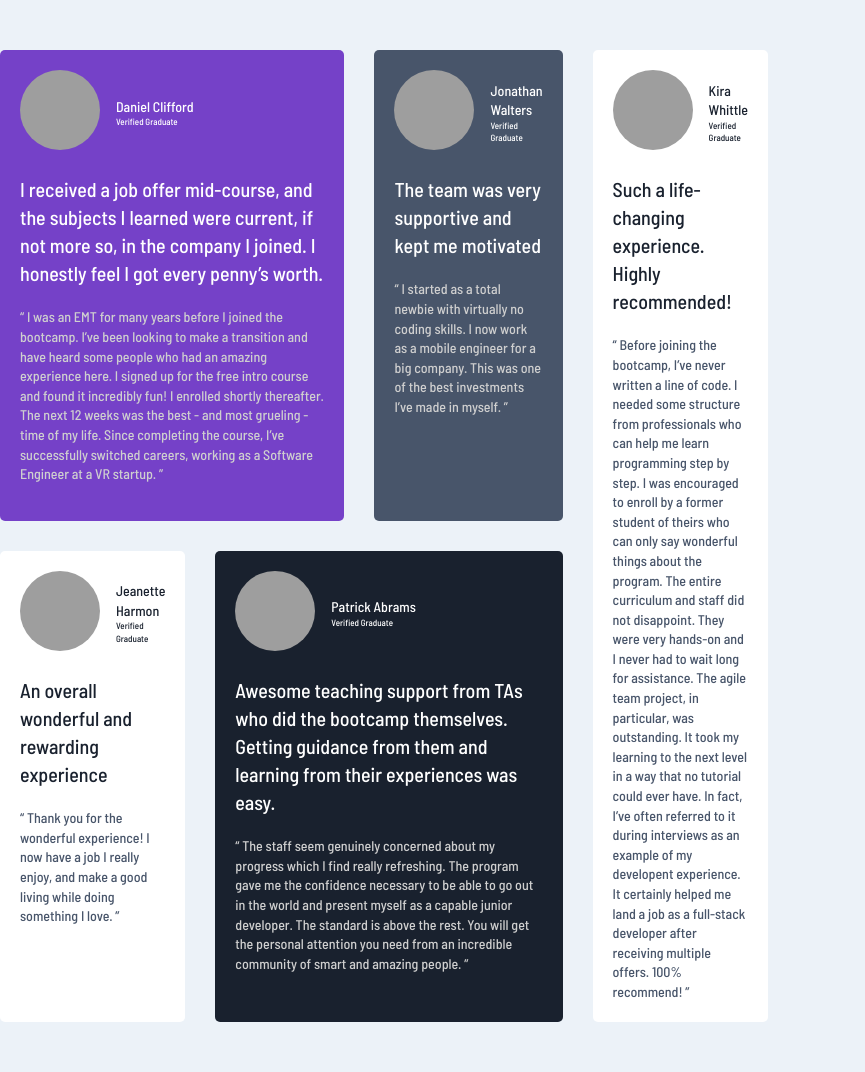
Repository: nptg3105/lab02-testimonials-grid
Page: index.html
The author's editor kept a copy of each file at every save. The page is drawn from the files as they stood at one save, then again after the next save.
The browser window is 768 px wide. The page is 768 px wide, then 865 px, so the pictures cover 865 px, including what lies to the right of the window. The pictures show the whole page.
Pictures or frames that could not be fetched are drawn as grey boxes. The style sheet was rebuilt from its Sass, Less or Tailwind sources for each picture, by a compiler version that may differ from the author's.

Above is the page before, as saved 2021-12-08 22:26:58.

### index.html
<!DOCTYPE html>
<html lang="en">
  <head>
    <meta charset="UTF-8" />
    <meta http-equiv="X-UA-Compatible" content="IE=edge" />
    <meta name="viewport" content="width=device-width, initial-scale=1.0" />
    <title>Lab02 - Testimonials</title>
    <link rel="stylesheet" href="style.css" />
    <link
      href="https://fonts.googleapis.com/css2?family=Barlow+Semi+Condensed:wght@400;500;700&display=swap"
      rel="stylesheet"
    />
  </head>
  <body>
    <div class="container">
      <div class="testimonials">
        <div class="testimonials__item testimonials__item--violet">
          <div class="author">
            <div class="author__avatar">
              <img
                src="https://images.unsplash.com/photo-1570295999919-56ceb5ecca61?ixlib=rb-1.2.1&ixid=MnwxMjA3fDB8MHxzZWFyY2h8OHx8bWFufGVufDB8fDB8fA%3D%3D&auto=format&fit=crop&w=500&q=60"
                alt=""
              />
            </div>
            <div class="author__name">
              <div class="author__name--name">Daniel Clifford</div>
              <div class="author__name--status">Verified Graduate</div>
            </div>
          </div>
          <div class="testimonials__heading">
            I received a job offer mid-course, and the subjects I learned were
            current, if not more so, in the company I joined. I honestly feel I
            got every penny’s worth.
          </div>
          <div class="testimonials__desc">
            “ I was an EMT for many years before I joined the bootcamp. I’ve
            been looking to make a transition and have heard some people who had
            an amazing experience here. I signed up for the free intro course
            and found it incredibly fun! I enrolled shortly thereafter. The next
            12 weeks was the best - and most grueling - time of my life. Since
            completing the course, I’ve successfully switched careers, working
            as a Software Engineer at a VR startup. ”
          </div>
        </div>
        <div class="testimonials__item testimonials__item--grey">
          <div class="author">
            <div class="author__avatar">
              <img
                src="https://images.unsplash.com/photo-1570295999919-56ceb5ecca61?ixlib=rb-1.2.1&ixid=MnwxMjA3fDB8MHxzZWFyY2h8OHx8bWFufGVufDB8fDB8fA%3D%3D&auto=format&fit=crop&w=500&q=60"
                alt=""
              />
            </div>
            <div class="author__name">
              <div class="author__name--name">Jonathan Walters</div>
              <div class="author__name--status">Verified Graduate</div>
            </div>
          </div>

          <div class="testimonials__heading">
            The team was very supportive and kept me motivated
          </div>
          <div class="testimonials__desc">
            “ I started as a total newbie with virtually no coding skills. I now
            work as a mobile engineer for a big company. This was one of the
            best investments I’ve made in myself. ”
          </div>
        </div>
        <div class="testimonials__item testimonials__item--tall">
          <div class="author">
            <div class="author__avatar">
              <img
                src="https://images.unsplash.com/photo-1570295999919-56ceb5ecca61?ixlib=rb-1.2.1&ixid=MnwxMjA3fDB8MHxzZWFyY2h8OHx8bWFufGVufDB8fDB8fA%3D%3D&auto=format&fit=crop&w=500&q=60"
                alt=""
              />
            </div>
            <div class="author__name author__name--black">
              <div class="author__name--name">Kira Whittle</div>
              <div class="author__name--status">Verified Graduate</div>
            </div>
          </div>
          <div class="testimonials__heading testimonials__heading--black">
            Such a life-changing experience. Highly recommended!
          </div>
          <div class="testimonials__desc testimonials__desc--grey">
            “ Before joining the bootcamp, I’ve never written a line of code. I
            needed some structure from professionals who can help me learn
            programming step by step. I was encouraged to enroll by a former
            student of theirs who can only say wonderful things about the
            program. The entire curriculum and staff did not disappoint. They
            were very hands-on and I never had to wait long for assistance. The
            agile team project, in particular, was outstanding. It took my
            learning to the next level in a way that no tutorial could ever
            have. In fact, I’ve often referred to it during interviews as an
            example of my developent experience. It certainly helped me land a
            job as a full-stack developer after receiving multiple offers. 100%
            recommend! ”
          </div>
        </div>
        <div class="testimonials__item testimonials__item--white">
          <div class="author">
            <div class="author__avatar">
              <img
                src="https://images.unsplash.com/photo-1570295999919-56ceb5ecca61?ixlib=rb-1.2.1&ixid=MnwxMjA3fDB8MHxzZWFyY2h8OHx8bWFufGVufDB8fDB8fA%3D%3D&auto=format&fit=crop&w=500&q=60"
                alt=""
              />
            </div>
            <div class="author__name author__name--black">
              <div class="author__name--name">Jeanette Harmon</div>
              <div class="author__name--status">Verified Graduate</div>
            </div>
          </div>
          <div class="testimonials__heading testimonials__heading--black">
            An overall wonderful and rewarding experience
          </div>
          <div class="testimonials__desc testimonials__desc--grey">
            “ Thank you for the wonderful experience! I now have a job I really
            enjoy, and make a good living while doing something I love. ”
          </div>
        </div>
        <div class="testimonials__item testimonials__item--black">
          <div class="author">
            <div class="author__avatar">
              <img
                src="https://images.unsplash.com/photo-1570295999919-56ceb5ecca61?ixlib=rb-1.2.1&ixid=MnwxMjA3fDB8MHxzZWFyY2h8OHx8bWFufGVufDB8fDB8fA%3D%3D&auto=format&fit=crop&w=500&q=60"
                alt=""
              />
            </div>
            <div class="author__name">
              <div class="author__name--name">Patrick Abrams</div>
              <div class="author__name--status">Verified Graduate</div>
            </div>
          </div>
          <div class="testimonials__heading">
            Awesome teaching support from TAs who did the bootcamp themselves.
            Getting guidance from them and learning from their experiences was
            easy.
          </div>
          <div class="testimonials__desc">
            “ The staff seem genuinely concerned about my progress which I find
            really refreshing. The program gave me the confidence necessary to
            be able to go out in the world and present myself as a capable
            junior developer. The standard is above the rest. You will get the
            personal attention you need from an incredible community of smart
            and amazing people. ”
          </div>
        </div>
      </div>
    </div>
  </body>
</html>

### style.scss
$font-main:'Barlow Semi Condensed',
sans-serif;
$violet-color:#7541c8;
$grey-color: #48556a;
$light-grey-color: #cfcfcf;
$white-color: #fff;
$bg-color: #ecf2f8;
$black-color: #19212e;

* {
    box-sizing: border-box;
    margin: 0;
    padding: 0;
}

body {
    background-color: $bg-color;
    font-weight: 500;
    // letter-spacing: 2px;
    line-height: 1.4;

}

.container {
    max-width: 1024px;
    margin: 50px auto;

}

.testimonials {
    font-family: $font-main;
    display: grid;
    gap: 30px;
    grid-template-columns: repeat(4, 1fr);
    grid-template-rows: repeat(2, 1fr);
    grid-template-areas: "violet-area violet-area grey-area white-tall-area"
        "white-area black-area black-area white-tall-area";
    color: $white-color;

    &__item {
        border-radius: 5px;
        padding: 20px;

        &--violet {
            background-color: $violet-color;
            grid-area: violet-area;
        }

        &--grey {
            background-color: $grey-color;
            grid-area: grey-area;
        }

        &--tall {
            background-color: $white-color;
            grid-area: white-tall-area;

        }

        &--white {
            background-color: $white-color;
            grid-area: white-area;
        }

        &--black {
            background-color: $black-color;
            grid-area: black-area;
        }
    }

    &__heading {
        margin: 20px 0;
        font-size: 20px;
    }

    &__heading--black {
        color: $black-color;
    }

    &__desc {
        font-size: 14px;
        color: $light-grey-color;
    }

    &__desc--grey {
        color: $grey-color;
    }
}

.author {
    display: flex;
    align-items: center;

    &__name--black {
        color: $black-color;
    }

    &__avatar {
        margin-right: 16px;

        img {
            object-fit: cover;
            width: 80px;
            height: 80px;
            border-radius: 50%;

        }
    }

    &__name--name {
        font-size: 14px;
    }

    &__name--status {
        font-size: 9px;
    }

}

@media (max-width: 996px) {
    .container {
        max-width: 850px;
        margin: 50px auto;
    }

    .testimonials {
        grid-template-columns: repeat(4, 1fr);
        grid-template-rows: repeat(2, 1fr);
    }
}

After the next save:
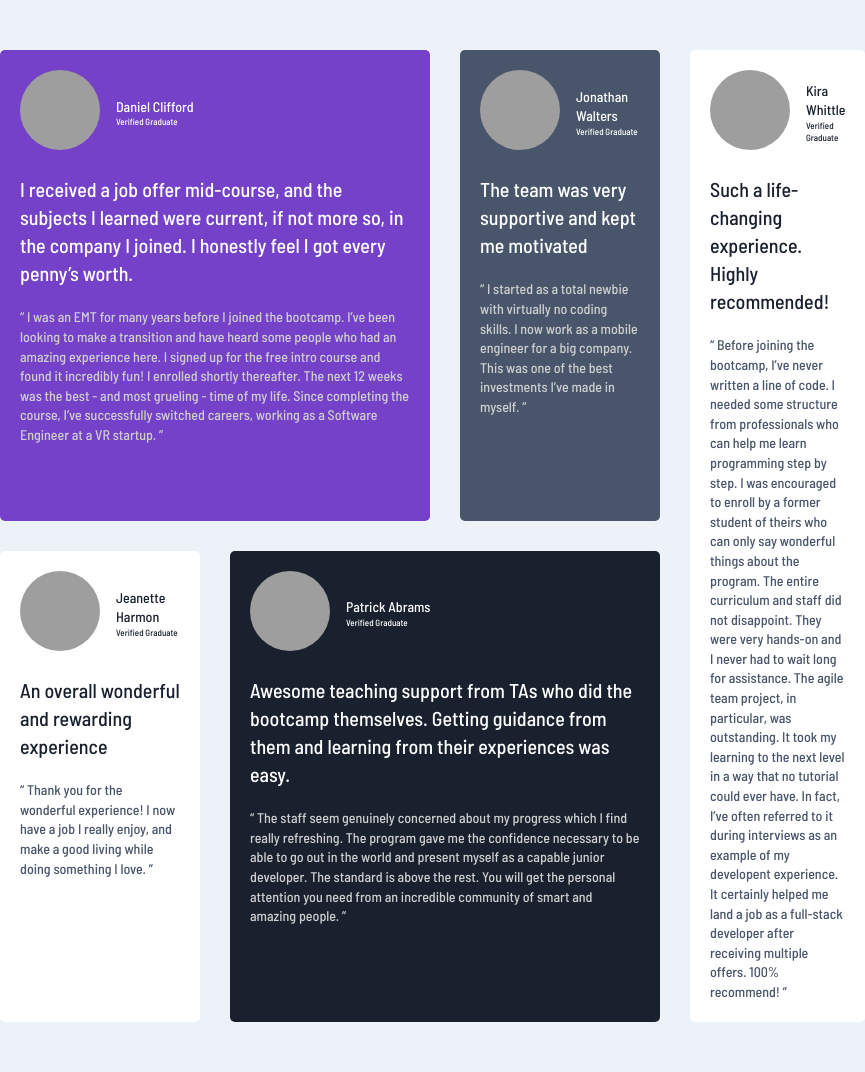
Saved 19 s later.
--- a/style.scss
+++ b/style.scss
@@ -124,7 +124,7 @@ body {
     }
 
     .testimonials {
-        grid-template-columns: repeat(4, 1fr);
+        grid-template-columns: repeat(auto-fill, minmax(200px, 1fr));
         grid-template-rows: repeat(2, 1fr);
     }
 }
